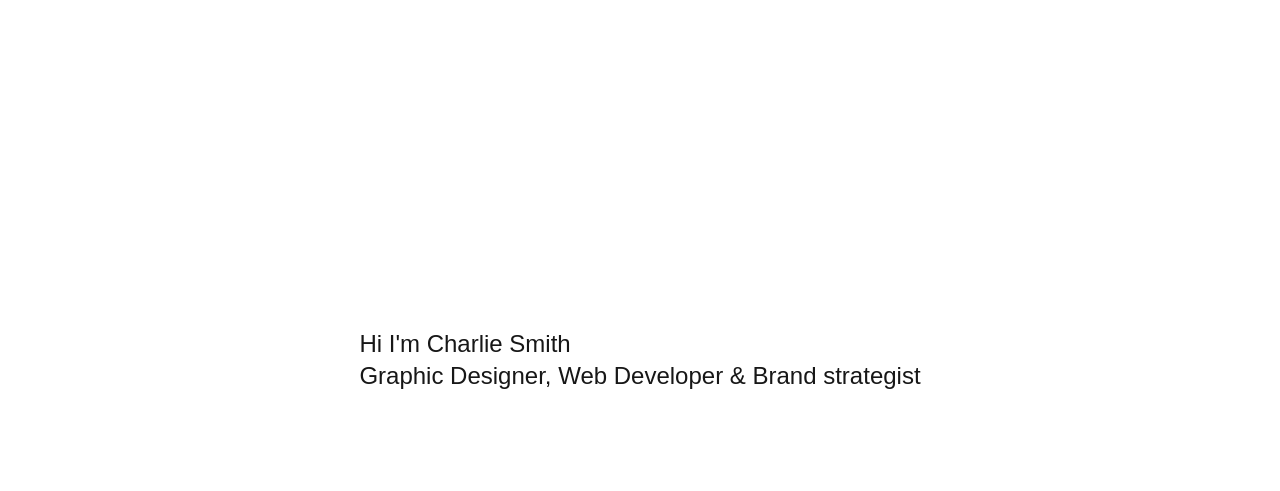
Repository: charlehs/portfolio
Page: /
The author's editor kept a copy of each file at every save. The page is drawn from the files as they stood at one save, then again after the next save.
The browser window is 1280 px wide. The pictures show the whole page.
Some web fonts or font styles are not loaded; a fallback is used. The project was rebuilt for these pictures with package versions that can differ from the ones it lists, and the page was loaded fresh each time. The framework's server and built-in components were replaced by stand-ins that run in the browser. Also part of the build but not shown: next.config.ts.

Above is the page before, as saved 2025-01-02 16:33:41.

### app/layout.tsx
import type { Metadata } from "next";
import localFont from "next/font/local";
import Nav from "./components/Nav";
import "./globals.css";

const geistSans = localFont({
  src: "./fonts/GeistVF.woff",
  variable: "--font-geist-sans",
  weight: "100 900",
});
const geistMono = localFont({
  src: "./fonts/GeistMonoVF.woff",
  variable: "--font-geist-mono",
  weight: "100 900",
});

export const metadata: Metadata = {
  title: "Create Next App",
  description: "Generated by create next app",
};

export default function RootLayout({
  children,
}: Readonly<{
  children: React.ReactNode;
}>) {
  return (
    <html lang="en">
      <body
        className={`${geistSans.variable} ${geistMono.variable} antialiased`}
      >
        {/* <Nav /> */}
        {children}
      </body>
    </html>
  );
}

### app/page.tsx
import Image from "next/image";

export default function Home() {
  return (
    <div className="grid grid-rows-[20px_1fr_20px] items-center justify-items-center min-h-screen p-8 pb-20 gap-16 sm:p-20 font-[family-name:var(--font-geist-sans)]">
      <main className="flex flex-col gap-8 row-start-2 items-center sm:items-start">
        <p className="harmond-text text-2xl">
          Hi I'm Charlie Smith
          <br /> Graphic Designer, Web Developer & Brand strategist
        </p>
      </main>
      {/* <footer className="row-start-3 flex gap-6 flex-wrap items-center justify-center"></footer> */}
    </div>
  );
}

### app/globals.css
@tailwind base;
@tailwind components;
@tailwind utilities;

:root {
  --background: #ffffff;
  --foreground: #171717;
}

@media (prefers-color-scheme: dark) {
  :root {
    --background: #0a0a0a;
    --foreground: #ededed;
  }
}

body {
  color: var(--foreground);
  background: var(--background);
  font-family: Arial, Helvetica, sans-serif;
}

@font-face {
  font-family: "Harmond";
  src: url("/fonts/Harmond-SemiBoldCondensed.otf") format("opentype");
  font-weight: 600; /* Regular */
  font-style: normal;
}

@font-face {
  font-family: "MyFont";
  src: url("/fonts/MyFont-Bold.otf") format("opentype");
  font-weight: 700; /* Bold */
  font-style: normal;
}

.harmond-text {
  font-family: "Harmond", sans-serif;
}

Loaded but not shown: tailwind.config.ts (common file)

After the next save:
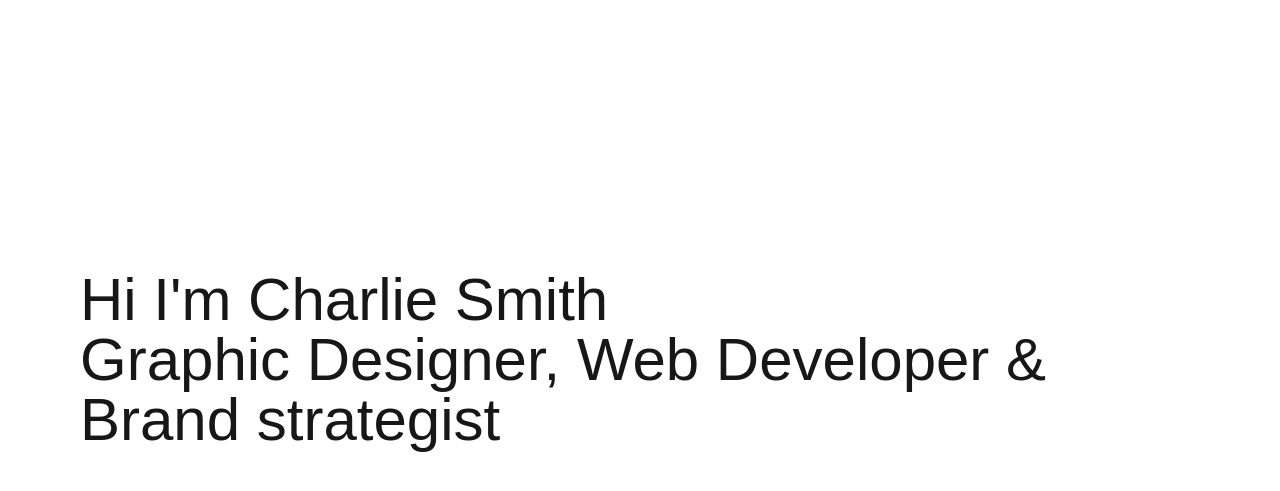
Saved 5 s later.
--- a/app/page.tsx
+++ b/app/page.tsx
@@ -4,7 +4,7 @@ export default function Home() {
   return (
     <div className="grid grid-rows-[20px_1fr_20px] items-center justify-items-center min-h-screen p-8 pb-20 gap-16 sm:p-20 font-[family-name:var(--font-geist-sans)]">
       <main className="flex flex-col gap-8 row-start-2 items-center sm:items-start">
-        <p className="harmond-text text-2xl">
+        <p className="harmond-text text-6xl">
           Hi I'm Charlie Smith
           <br /> Graphic Designer, Web Developer & Brand strategist
         </p>
